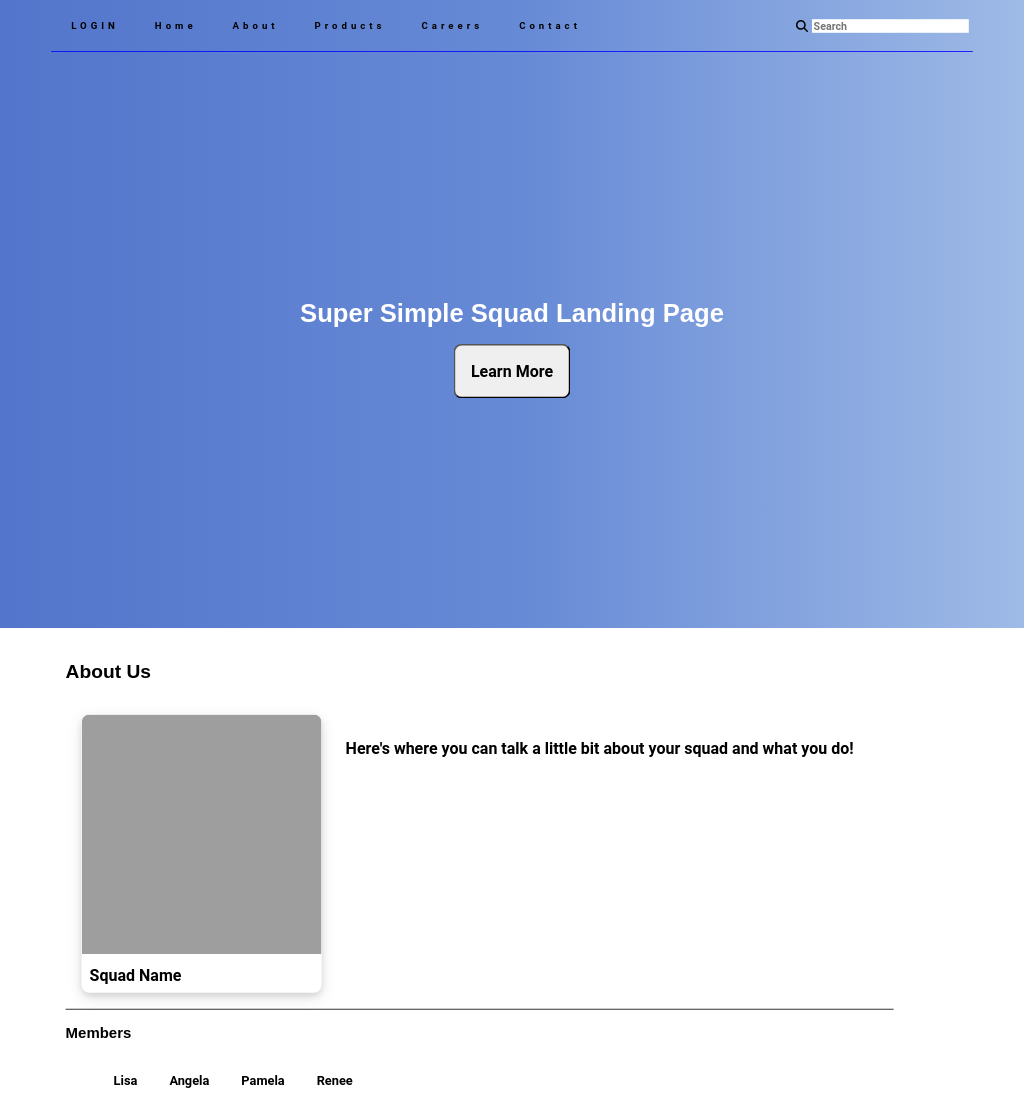
Repository: 365dayschallenge/interface_uniliver
Page: careers.html
The author's editor kept a copy of each file at every save. The page is drawn from the files as they stood at one save, then again after the next save.
The browser window is 1280 px wide. The pictures show the whole page, at 80% of full size.
Pictures or frames that could not be fetched are drawn as grey boxes. Some web fonts or font styles are not loaded; a fallback is used.

Above is the page before, as saved 2022-12-19 15:16:13.

### careers.html
<!DOCTYPE html>
<!DOCTYPE html>
<html>
<head>
<title>Careers</title>
<meta charset="UTF-8">
<meta name="viewport" content="width=device-width, initial-scale=1">
<link rel="stylesheet" href="./css/careers.css">
<link rel="stylesheet" href="./styles.css">
</head>
 <body>
     <nav class="navbar">
      <ul class="nav-list">
        <li><a class="nav-links" href="./login.html">LOGIN</a></li>
        <li><a class="nav-links" href="./index.html">Home</a></li>
        <li><a class="nav-links" href="./about.html">About</a></li>
        <li><a class="nav-links" href="./product.html">Products</a></li>
        <li><a class="nav-links" href="./careers.html">Careers</a></li>
        <li><a class="nav-links" href="./contact.html">Contact</a></li>
      </ul>
      <div class="nav-search">
        <svg
          height="15"
          xmlns="http://www.w3.org/2000/svg"
          viewBox="0 0 512 512"
        >
          <!--! Font Awesome Pro 6.2.1 by @fontawesome - https://fontawesome.com License - https://fontawesome.com/license (Commercial License) Copyright 2022 Fonticons, Inc. -->
          <path
            d="M416 208c0 45.9-14.9 88.3-40 122.7L502.6 457.4c12.5 12.5 12.5 32.8 0 45.3s-32.8 12.5-45.3 0L330.7 376c-34.4 25.2-76.8 40-122.7 40C93.1 416 0 322.9 0 208S93.1 0 208 0S416 93.1 416 208zM208 352c79.5 0 144-64.5 144-144s-64.5-144-144-144S64 128.5 64 208s64.5 144 144 144z"
          />
        </svg>
        <input class="search" type="text" placeholder="Search" />
      </div>
    </nav>
    <header>
      <h1>Super Simple Squad Landing Page</h1>
      <a href="#about-us"><button>Learn More</button></a>
    </header>
    <section class="about" id="about-us">
      <div class="container">
        <h2>About Us</h2>
        <div class="info-boxes">
          <div class="squad-info">
            <!-- Replace this image with your squad photo -->
            <div class="profile">
              <img src="https://placekitten.com/300" alt="kitten" />
              <p>Squad Name</p>
            </div>

            <div class="squad-description">
              <p>
                Here's where you can talk a little bit about your squad and what
                you do!
              </p>
            </div>
          </div>
        </div>
        <div class="info-boxes">
          <div class="member-list">
            <h3>Members</h3>
            <ul>
              <li>Lisa</li>
              <li>Angela</li>
              <li>Pamela</li>
              <li>Renee</li>
            </ul>
          </div>
        </div>
      </div>
    </section>

  </body>
</html>

### css/careers.css
@font-face {
  font-family: 'Poppins';
  font-style: normal;
  font-weight: 400;
  font-display: swap;
  src: local('Poppins Regular'), local('Poppins-Regular'), url(https://fonts.gstatic.com/s/poppins/v6/pxiEyp8kv8JHgFVrJJfedw.ttf) format('truetype');
}
@font-face {
  font-family: 'Rubik';
  font-style: normal;
  font-weight: 400;
  font-display: swap;
  src: local('Rubik'), local('Rubik-Regular'), url(https://fonts.gstatic.com/s/rubik/v8/iJWKBXyIfDnIV7nBrXk.ttf) format('truetype');
}
html {
  font-size: 62.5%;
}
body {
  font-family: "Rubik", sans-serif;
  font-size: 1.6rem;
  background: #5375cb;
  background: linear-gradient(90deg, #5375cb 0%, #678ad6 51%, #9ebae6 100%);
  margin: 0;
}
h1,
h2,
h3,
h4,
h5,
h6 {
  font-family: "Poppins", sans-serif;
}
nav {
  display: flex;
  flex-direction: row;
  justify-content: flex-end;
  flex-wrap: wrap;
  width: 90%;
  margin: auto;
}
nav a {
  margin: 1rem;
  color: white;
  font-size: 1.8rem;
}
header {
  height: 100vh;
  display: flex;
  flex-direction: column;
  justify-content: center;
  flex-wrap: wrap;
  align-items: center;
}
header h1 {
  color: white;
  text-align: center;
  margin: 2rem auto;
}
header button {
  font-size: 2rem;
  border-radius: 1rem;
  cursor: pointer;
  padding: 2rem;
  outline: 0;
}
section {
  padding: 2rem;
  background-color: white;
}
section .container {
  width: 90%;
  margin: auto;
}
section .container h2 {
  margin: 2rem 0;
}
section .container .info-boxes .squad-info {
  display: flex;
  flex-direction: row;
  justify-content: center;
  flex-wrap: wrap;
  border-bottom: 1px solid black;
  padding: 2rem;
}
section .container .info-boxes .squad-info p {
  font-size: 2rem;
  margin: 1rem;
}
section .container .info-boxes .squad-info img {
  border-top-right-radius: 1rem;
  border-top-left-radius: 1rem;
}
section .container .info-boxes .squad-info .squad-description {
  margin: 2rem;
}
section .container .info-boxes .squad-info .profile {
  border-radius: 1rem;
  box-shadow: rgba(0, 0, 0, 0.1) 0 4px 8px 0, rgba(0, 0, 0, 0.11) 0 6px 20px 0;
}
section .container .info-boxes .member-list ul {
  display: flex;
  flex-direction: row;
  justify-content: center;
  flex-wrap: wrap;
}
section .container .info-boxes .member-list ul li {
  margin: 2rem;
}
footer .join {
  background-image: linear-gradient(90deg, #5375cb 0%, #678ad6 51%, #9ebae6 100%);
  margin: 0;
  padding: 2rem 0;
  text-align: center;
  width: 100%;
  display: flex;
  flex-direction: row;
  justify-content: center;
  flex-wrap: wrap;
}
footer .join a {
  color: white;
  font-size: 2.1rem;
}
footer .join img {
  margin: 0 2rem;
}

### styles.css
* {
  font-family: "Roboto", sans-serif;
  font-weight: 600;
}
.navbar {
  border: 0;
  border-radius: 0;
  justify-content: space-between;
  align-items: center;
  margin-bottom: 0;
  border-bottom: 1px solid blue;
  display: flex;
}
.nav-list {
  display: flex;
  list-style: none;
  margin: 0;
  flex-wrap: wrap;
  padding: 0;
}
.nav-links {
  font-size: 12px;
  padding: 15px;
  letter-spacing: 5px;
  margin-right: 5px;
  font-size: 12px;
  letter-spacing: 5px;

  display: flex;
}
ul {
  list-style: none;
  margin: 0;
  flex-wrap: wrap;
}
a {
  text-decoration: none;
  color: #000;
}

.nav-search {
  display: flex;
  align-items: center;
  justify-content: center;
  margin-right: 5px;
}
.nav-links:hover {
  background-color: gray;
  color: white;
}
.search {
  outline: none;
  border: none;
  margin-left: 5px;
}
.search:focus {
  border: 1px solid blue;
}

.banner {
  background: rgb(163, 163, 223);
  background: linear-gradient(
    90deg,
    rgba(163, 163, 223, 1) 26%,
    rgba(0, 212, 255, 1) 29%,
    rgba(144, 138, 255, 1) 77%
  );
  color: #fff;
  display: flex;
}
.banner-details {
  display: flex;
  justify-content: center;
  align-items: center;
  padding-right: 50px;
  text-align: justify;
  margin: 0 auto;
}
.banner-text {
  font-size: 20px;
  font-weight: 600;
  letter-spacing: 2px;
  margin: 0;
  padding-left: 10%;
}

.cards {
  margin-top: 10px;
  display: flex;
  width: 100%;
  flex-wrap: wrap;
}
.data-card {
  display: flex;
  flex-direction: column;
  width: 17%;
  color: #cf005c;
  overflow: hidden;
  border-radius: 0.5em;
  text-decoration: none;
  background: white;
  margin: 1em;
  padding: 2.75em 2.5em;
  text-align: right;
  align-items: right;
  box-shadow: 0 1.5em 2.5em -0.5em rgba(#000000, 0.1);
}
.card-icon {
  display: flex;
  flex-direction: col-reverse;
}

.number {
  font-size: 3.5em;
  font-weight: 600;
  text-align: center;
}
.subheading {
  font-size: 1.5em;
  font-weight: 600;
  text-align: center;
  margin-top: -2.5em;
}
.description {
  font-size: 0.8em;
  font-weight: 600;
  margin-top: -1em;
  text-align: center;
}
.specific-card {
  background-color: #cf005c;
  margin: 0.5px;
  color: #fefefe;
  justify-content: center;
  align-items: center;
  padding: 0 1.5rem;
  width: 20%;
}
.specific-card:hover {
  background-color: #f6a6ca;
}

.grid-box {
  display: grid;
  grid-template-columns: auto auto auto;
  padding: 10px;
}
.box-heading {
  font-size: 2.4em;
  font-weight: 600;
  margin: 0;
  color: blue;
  padding-left: 10%;
}

.box-description {
  font-size: 0.9em;
  margin: 0;
  padding-left: 10%;
}
.grid-specific-boxes {
  display: flex;
  flex-direction: column;
  padding: 10px 10px;
  margin: 10px;
}
.grid-specific-boxes:hover {
  background-color: blue;
color: white;
}
.grid-specific-boxes:hover > .box-heading, .box-links{
  color:white;
}
footer {
  display: flex;
  justify-content: space-between;
  margin-bottom: 0;
  background-color: gray;
  padding: 30px;
}
.footer-links {
  display: flex;
  justify-content: space-between;
  align-items: center;
  margin-bottom: 0;
  padding: 0 10%;
}
.btn {
  border: none;
  color: white;
  padding: 15px 32px;
  text-align: center;
  text-decoration: none;
  display: inline-block;
  font-size: 16px;
  margin: 4px 2px;
  cursor: pointer;
}
.footer-a {
  line-height: 2;
  color: white;
}
.footer-text {
  color: white;
  font-size: 12px;
  line-height: 2;
}

.footer-form {
  padding: 10px 15px;
  border-radius: 5px;
  border: 0;
  mergin: 45px;
}
.icons {
  display: flex;
  justify-content: space-between;
  width: 45%;
  margin-top: 10px;
  color: white;
}
.link {
  color: purple;
  padding: 10px 10px;
  margin-left: 30px;
}



.navbar {
    border: 0;
    border-radius: 0;
    justify-content: space-between;
    align-items: center;
    margin-bottom: 0;
    border-bottom: 1px solid blue;
    display: flex;
  }
  .nav-list {
    display: flex;
    list-style: none;
    margin: 0;
    flex-wrap: wrap;
    padding: 0;
  }
  .nav-links {
    font-size: 12px;
    padding: 15px;
    letter-spacing: 5px;
    margin-right: 5px;
    font-size: 12px;
    letter-spacing: 5px;
    text-decoration: none;
    color: #000;
    display: flex;
  }
  a:hover {
    background-color: gray;
    color: white;
  }
  .nav-search {
    display: flex;
    align-items: center;
    justify-content: center;
    margin-right: 5px;
  }
  .nav-links:hover {
    background-color: gray;
    color: white;
  }
  .search {
    outline: none;
    border: none;
    margin-left: 5px;
  }
  .search:focus {
    border: 1px solid blue;
  }

  .container{
    display: flex;
    flex-wrap: wrap;
    justify-content: space-between;
    align-items: center;
    margin: 0 auto;
    width: 100%;
    max-width: 1200px;
  }


  .hero-section{
    display: flex;
    flex-wrap: wrap;
    align-items: center;
    margin: 0 auto;
    margin-top: 10vh;
    color: white;
    width: 100%;
    max-width: 1200px;
  }
  .hero-section img{
    z-index: -1;
  }

  .blue-box{
    background-color: rgb(32, 54, 198);
    margin-right: -5vw;
    z-index: 1;
    padding: 20px;
  }
  .blue-box h1{
    text-decoration: underline;
    font-size: 2.5rem;
    font-weight: 700;
  }

.main-section{
    display: flex;
    flex-direction: row;
}

.main-section-header{
    color: #2036c7;
}
.brands{
    width: 20vw;
    margin: 15px;

}


.brands h4{
    color: #2036c7;
    font-size: 1.2rem;
}
.brands img{
    max-width: 100%;
}

After the next save:
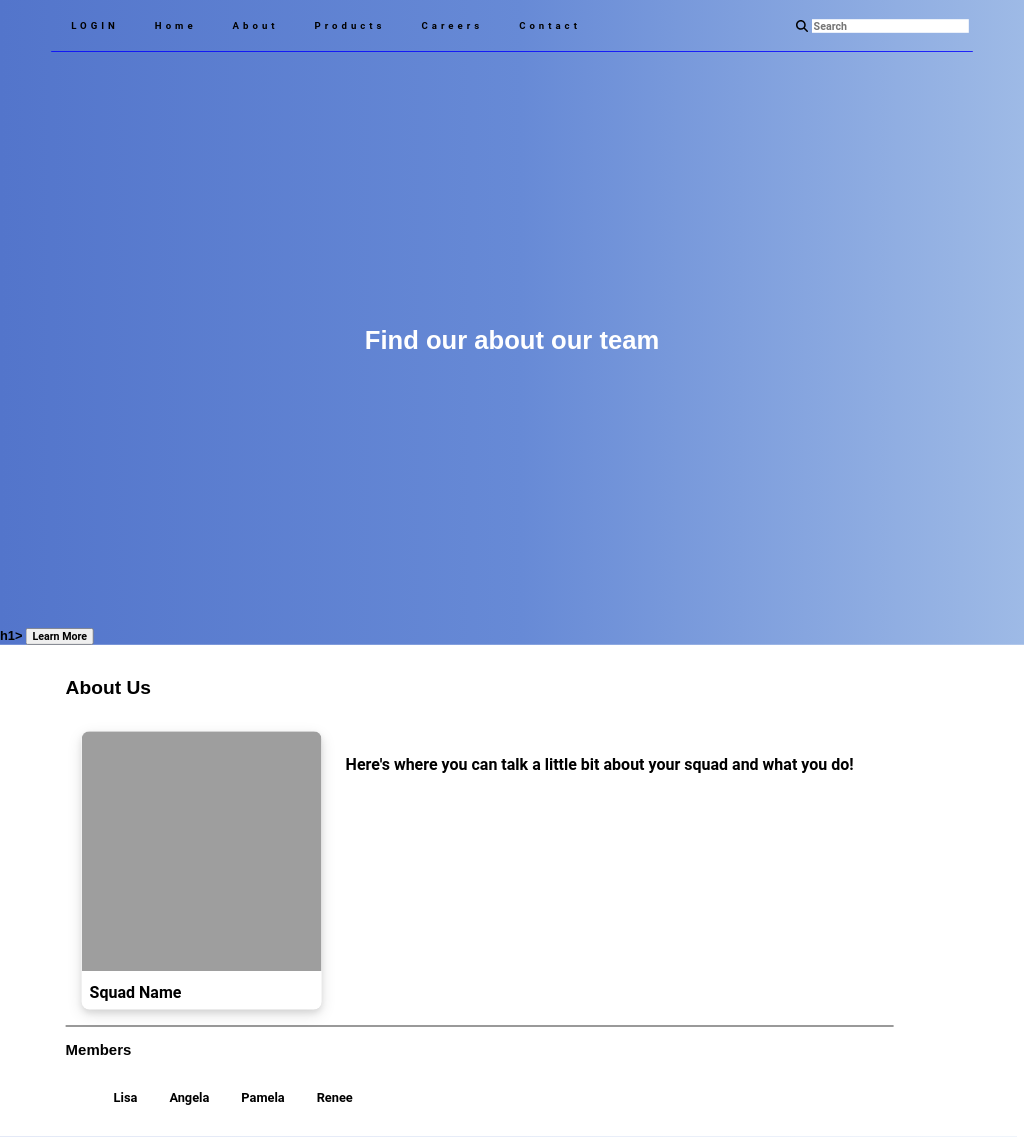
Saved 32 s later.
--- a/careers.html
+++ b/careers.html
@@ -33,7 +33,7 @@
       </div>
     </nav>
     <header>
-      <h1>Super Simple Squad Landing Page</h1>
+      <h1>Find our about our team</header>h1>
       <a href="#about-us"><button>Learn More</button></a>
     </header>
     <section class="about" id="about-us">
